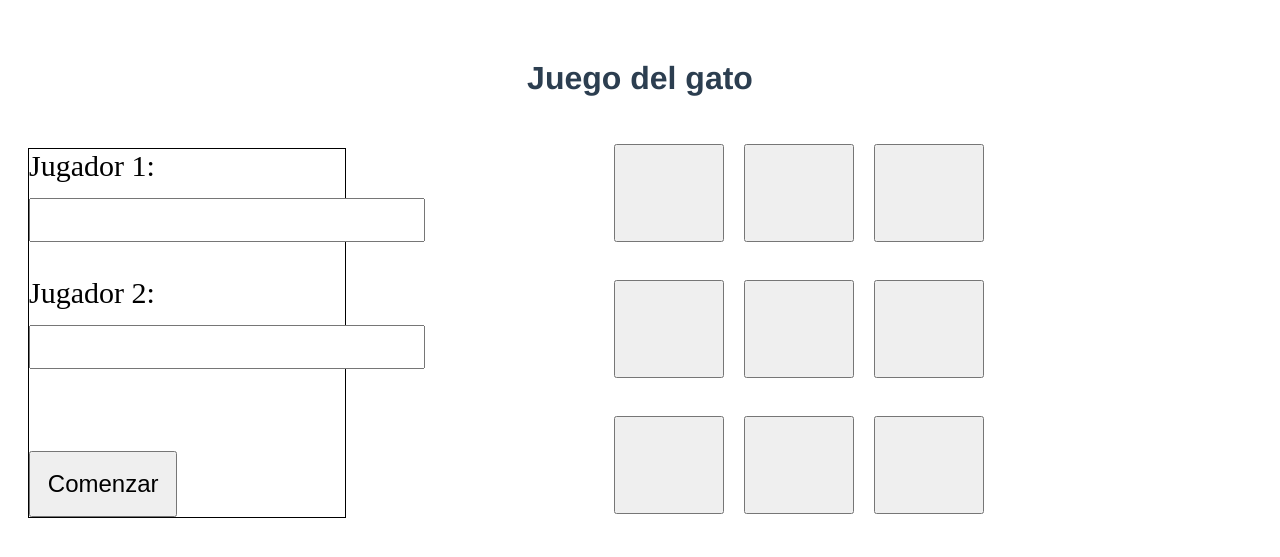
Repository: franciscamanquecheo/Taller-2
Page: / (app in vite-project/)
The author's editor kept a copy of each file at every save. The page is drawn from the files as they stood at one save, then again after the next save.
The browser window is 1280 px wide. The pictures show the whole page.
The project was rebuilt for these pictures with package versions that can differ from the ones it lists, and the page was loaded fresh each time. Also part of the build but not shown: vite-project/vite.config.ts.

Above is the page before, as saved 2022-06-17 18:01:42.

After the next save:
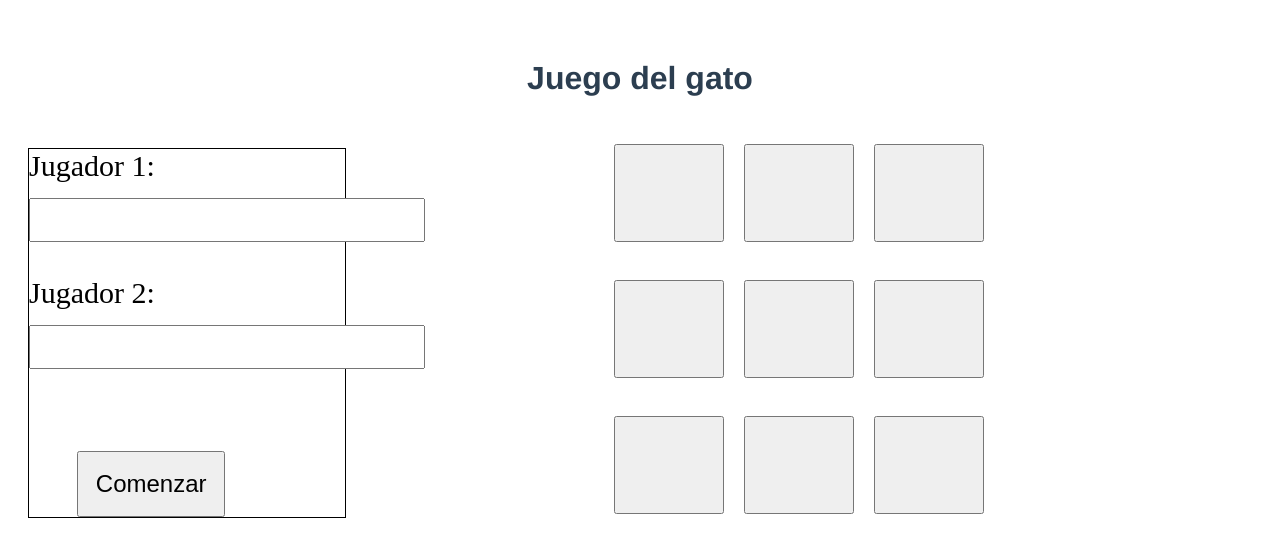
Saved 23 s later.
--- a/vite-project/src/App.vue
+++ b/vite-project/src/App.vue
@@ -92,7 +92,8 @@ input[type="button"]#comenzar{
   font-size: 0.8em;
   margin-top: 2em;
   padding: 0.7em;
-  text-align: center;
+  margin-left: 2em;
+
 }
 
 
